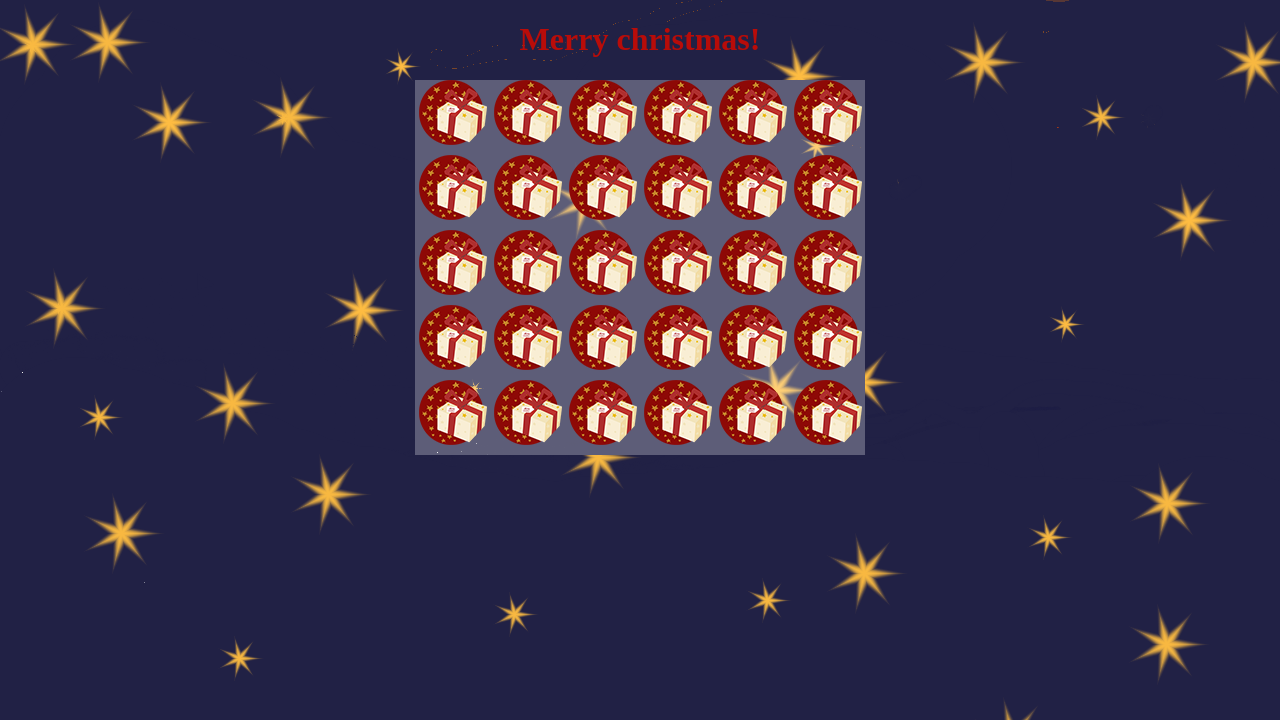
Repository: Angamanga/1dv403-laborationer
Page: 3-gameon/memory/index.html
The author's editor kept a record of every edit. The page is drawn from the files as they stood at one moment, then again after the next edit.
The browser window is 1280 px wide. The pictures show the whole page.
Some web fonts or font styles are not loaded; a fallback is used.

Above is the page before.

After the next edit:
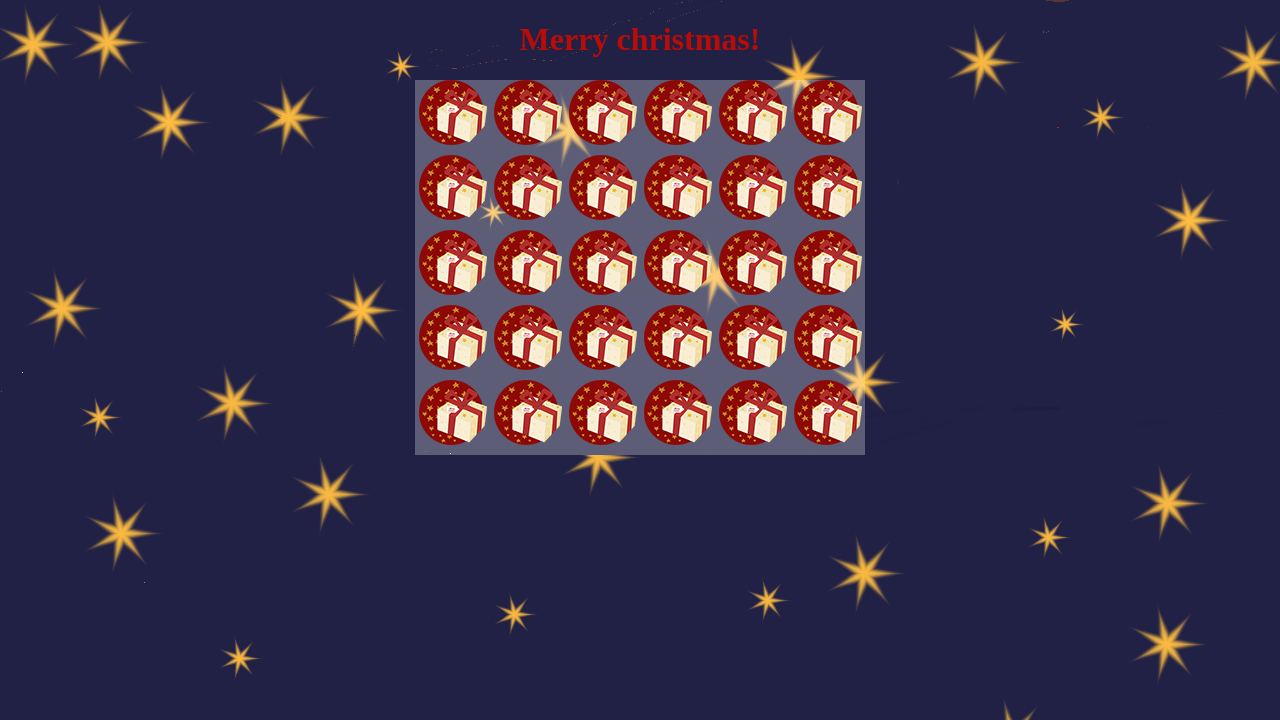
The edit:
--- a/3-gameon/memory/css/style.css
+++ b/3-gameon/memory/css/style.css
@@ -13,7 +13,7 @@
     text-align:center;
 }
 #game1{
-    background:url(christmassy-blur.png);
+    background:url(christmassy-blur.png) no-repeat fixed;
     overflow:hidden;
     background:
     margin:20px;

After the 2 edits that followed:
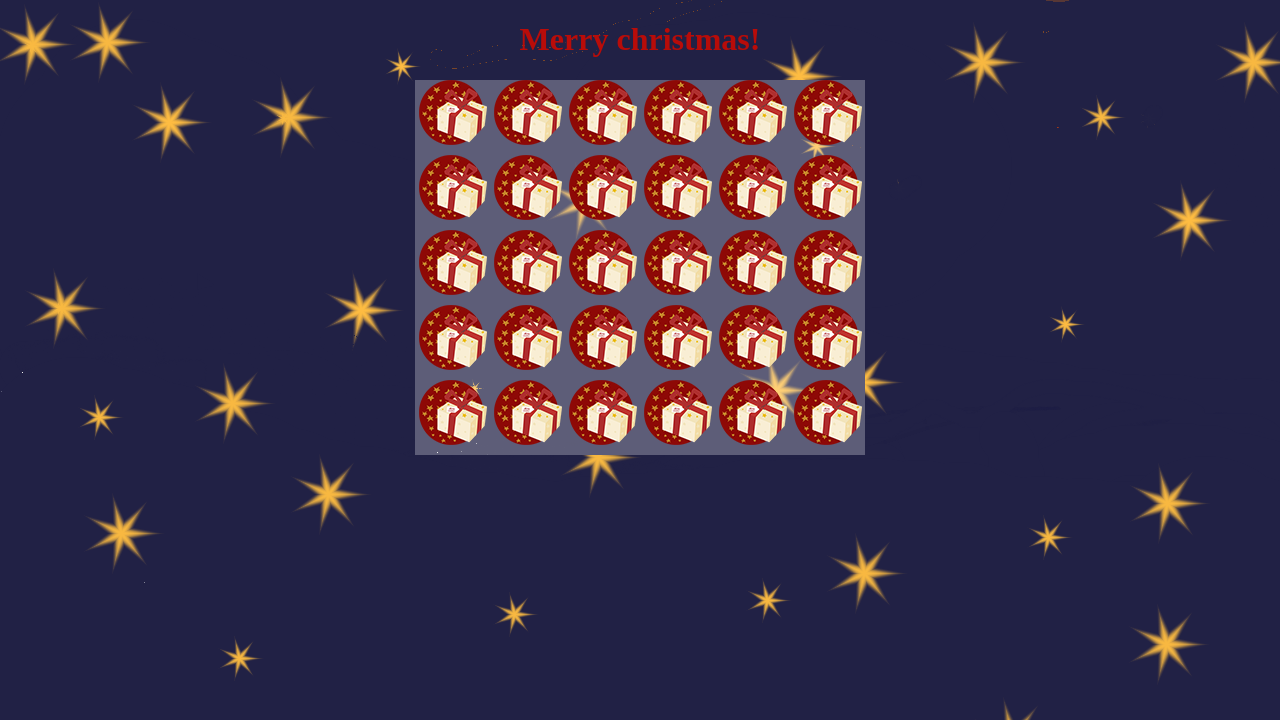
The 2 edits are shown as one change because 1 left the picture as it was.
The edit:
--- a/3-gameon/memory/css/style.css
+++ b/3-gameon/memory/css/style.css
@@ -1,7 +1,7 @@
 /*@media screen and (min-width: 501px)*/
 body{
     font-family: 'Mountains of Christmas', cursive;
-    background:url(christmassy.png);
+    background:url(christmassy.png) no-repeat;
     background-color:#E6C79C;
     color:#B80C09;
 }
@@ -13,7 +13,7 @@
     text-align:center;
 }
 #game1{
-    background:url(christmassy-blur.png) no-repeat fixed;
+    background:url(christmassy-blur.png);
     overflow:hidden;
     background:
     margin:20px;
